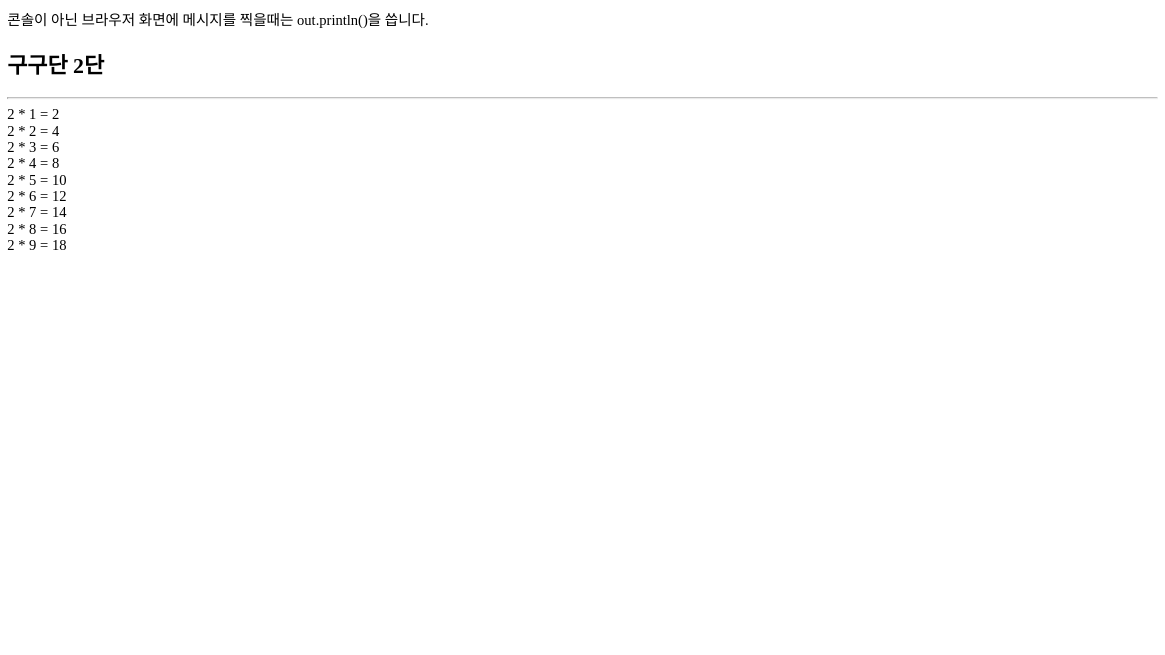
Repository: Andante8989/jsp_practice
Page: http://localhost/JSPBasic/jsptag/scriptlet.jsp
These files come from the project's save history. The page is drawn as it stood at one moment and after a run of saves; the edit follows.
The browser window is 1280 px wide. The pictures show the whole page, at 91% of full size.
The page is served by Tomcat 9.

Above is the page before, as saved 2022-03-22 11:40:31.

### JSPBasic/src/main/webapp/jsptag/scriptlet.jsp
<%@ page language="java" contentType="text/html; charset=UTF-8"
    pageEncoding="UTF-8"%>
<!DOCTYPE html>
<html>
<head>
<meta charset="UTF-8">
<title>Insert title here</title>
</head>
<body>
	<% System.out.println("콘솔에 메세지를 찍을때는 System.out.println()을 씁니다.");
	out.println("콘솔이 아닌 브라우저 화면에 메시지를 찍을때는 out.println()을 씁니다.");  %>
	<h2>구구단 2단</h2><hr/>
	<%
		// 구구단 2단을 브라우저에 출력해주세요.
		for(int i = 1; i < 10; i++) {
			out.println("2 * " + i + " = " + 2 * i + "<br/>");
		}

	%>
</body>
</html>

After the next 2 saves:
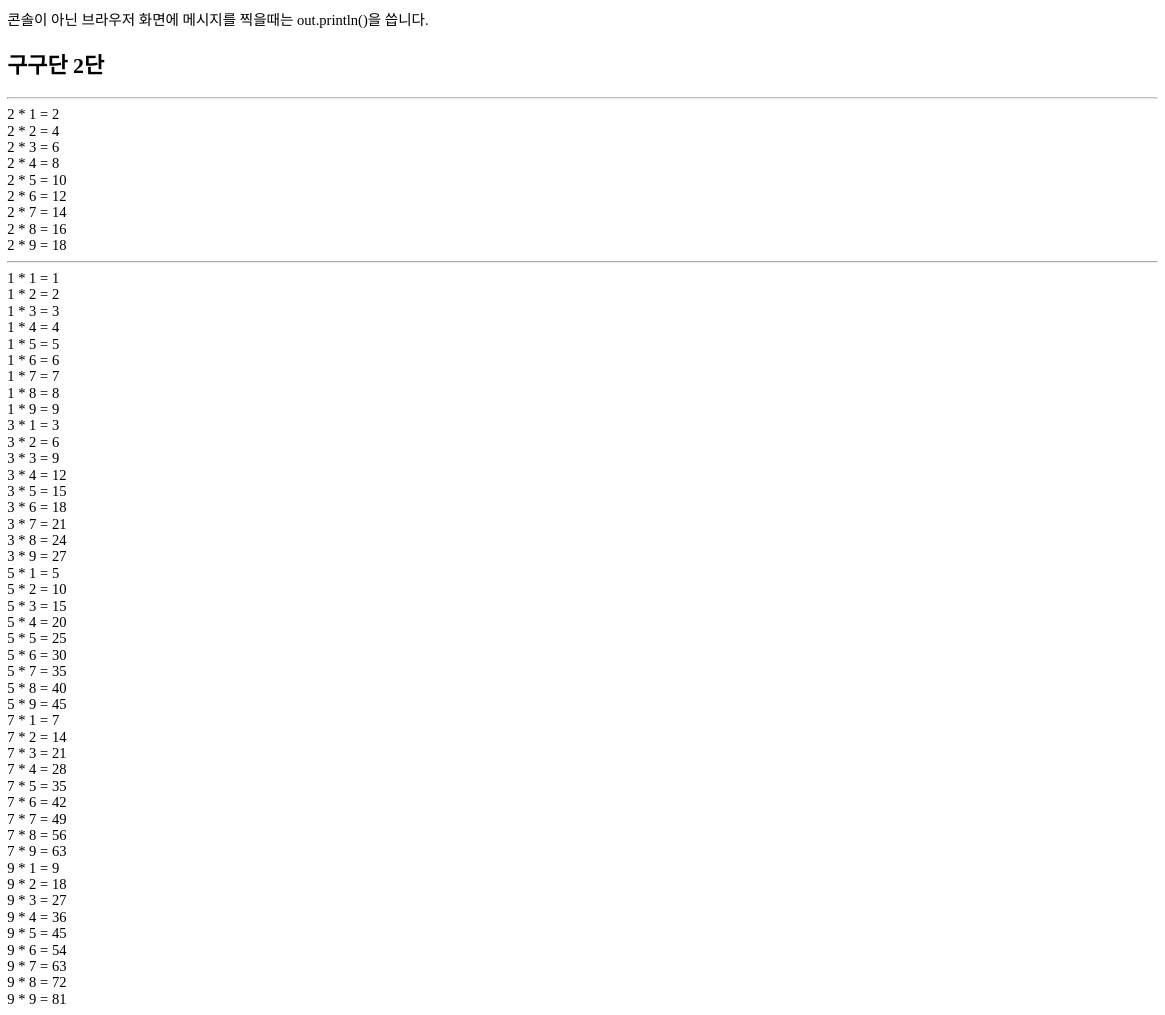
The 2 saves are shown as one change because 1 did not build or start.
The last was saved 4 min 23 s later.
--- a/JSPBasic/src/main/webapp/jsptag/scriptlet.jsp
+++ b/JSPBasic/src/main/webapp/jsptag/scriptlet.jsp
@@ -15,6 +15,17 @@
 		for(int i = 1; i < 10; i++) {
 			out.println("2 * " + i + " = " + 2 * i + "<br/>");
 		}
+	%>
+	<hr/>
+	<!-- 반복문과 조건문을 이용하여 구구단 홀수단 (3, 5, 7, 9)을 화면에 출력해주세요 -->
+	<%
+		for(int a = 1; a < 10; a++) {
+			if(a % 2 != 0) {
+				for(int b = 1; b < 10; b++) {
+					out.println(a + " * " + b + " = " + a*b + "<br/>");
+				}
+			}
+		}
 
 	%>
 </body>
